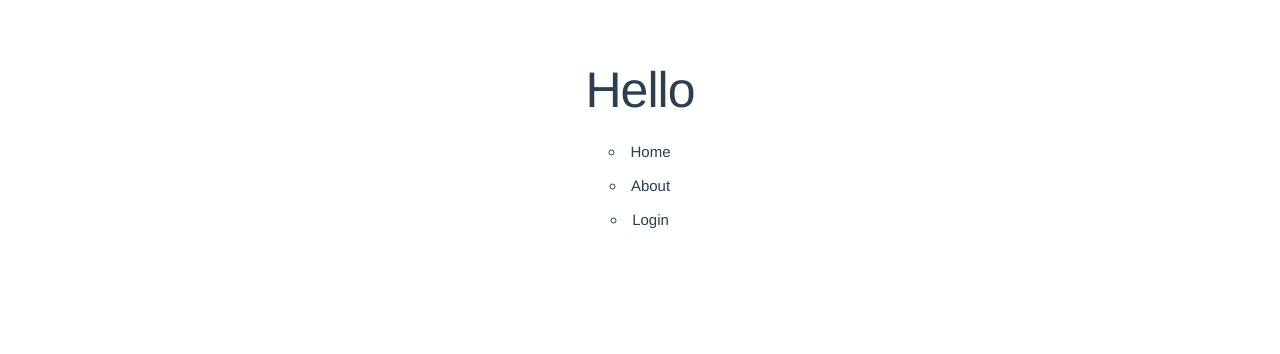
Repository: chsvk/Vue-JS-Course
Page: /person
The author's editor kept a copy of each file at every save. The page is drawn from the files as they stood at one save, then again after the next save.
The browser window is 1280 px wide. The pictures show the whole page.
The project was rebuilt for these pictures with package versions that can differ from the ones it lists, and the page was loaded fresh each time.

Above is the page before, as saved 2019-03-12 19:38:59.

After the next save:
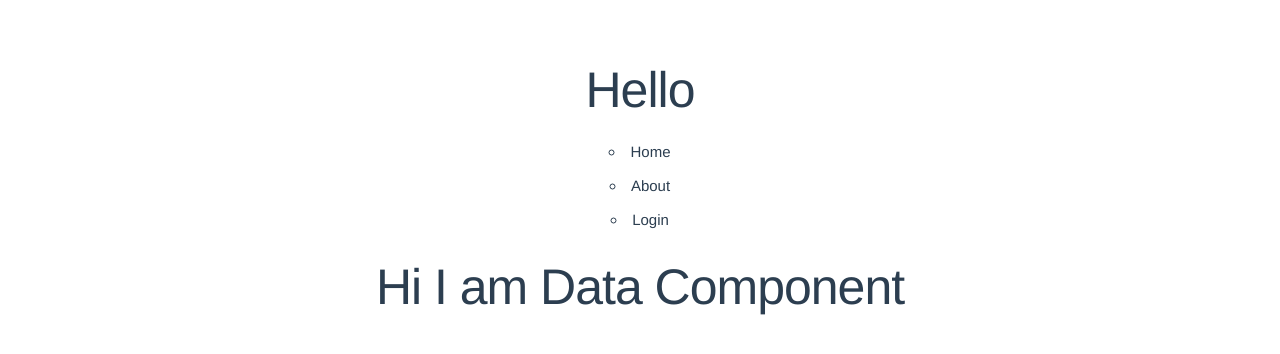
Saved 24 s later.
--- a/src/components/Header.vue
+++ b/src/components/Header.vue
@@ -6,12 +6,16 @@
             <li>About</li>
             <li>Login</li>
         </ul>
+        <Data/>
     </div>
 </template>
 
 <script>
+import Data from '@/components/Data'
 export default {
-
+    components: {
+        Data
+    }
 }
 </script>
 
